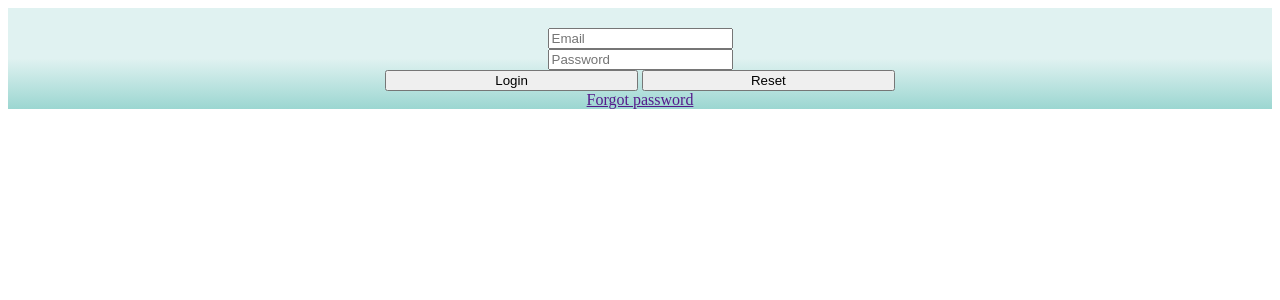
Repository: Indurupi/FriendZone
Page: FriendZoneFrontEnd/WebContent/js/service/login.html
The author's editor kept a copy of each file at every save. The page is drawn from the files as they stood at one save, then again after the next save.
The browser window is 1280 px wide. The pictures show the whole page.

Above is the page before, as saved 2017-03-20 09:19:14.

### FriendZoneFrontEnd/WebContent/js/service/login.html
<!DOCTYPE html>
<html>
<head>
<meta charset="ISO-8859-1">
<title>Friendzone</title>
<style type="text/css">
body
{

}
#loginpage {
	background: linear-gradient(to bottom, #e0f2f1 50%, #80cbc4 120%);
	color: #ffffff;
	height: 91%;
}
</style>
</head>
<body>
	<div align="center" id="loginpage">
		<form style="padding-top: 20px">
			<div class="input-group" id="LoginUsername">
				<span class="input-group-addon" id="basic-addon1">
					<div class="glyphicon glyphicon-user"></div>
				</span> <input type="text" class="form-control" placeholder="Email"
					aria-describedby="basic-addon1" />
			</div>

			<div class="input-group">
				<span class="input-group-addon" id="basic-addon1">
					<div class="glyphicon glyphicon-lock"></div>
				</span> <input type="password" class="form-control" placeholder="Password"
					aria-describedby="basic-addon1" />
			</div>


			<button class="btn" id="custom-button" style="width: 20%"
				type="submit">Login</button>
			<button class="btn" id="custom-button" style="width: 20%"
				type="reset">Reset</button>
			<br> <a href="">Forgot password</a>
		</form>
	</div>
</body>
</html>

After the next save:
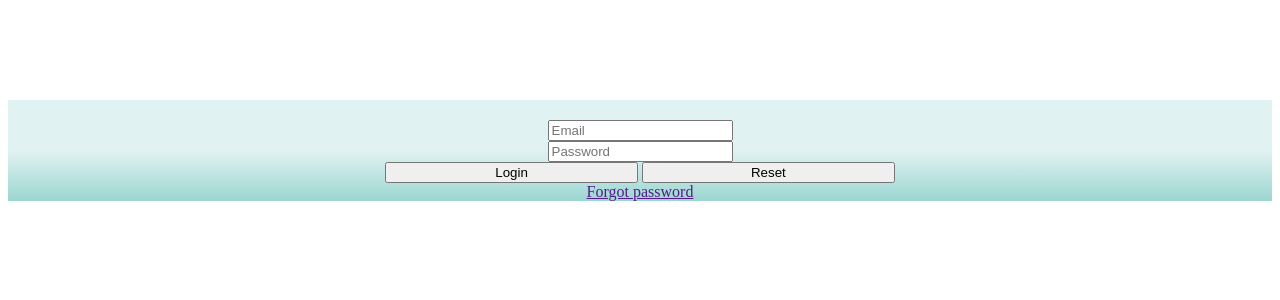
Saved 12 s later.
--- a/FriendZoneFrontEnd/WebContent/js/service/login.html
+++ b/FriendZoneFrontEnd/WebContent/js/service/login.html
@@ -12,6 +12,7 @@ body
 	background: linear-gradient(to bottom, #e0f2f1 50%, #80cbc4 120%);
 	color: #ffffff;
 	height: 91%;
+	margin-top: 100px;
 }
 </style>
 </head>
